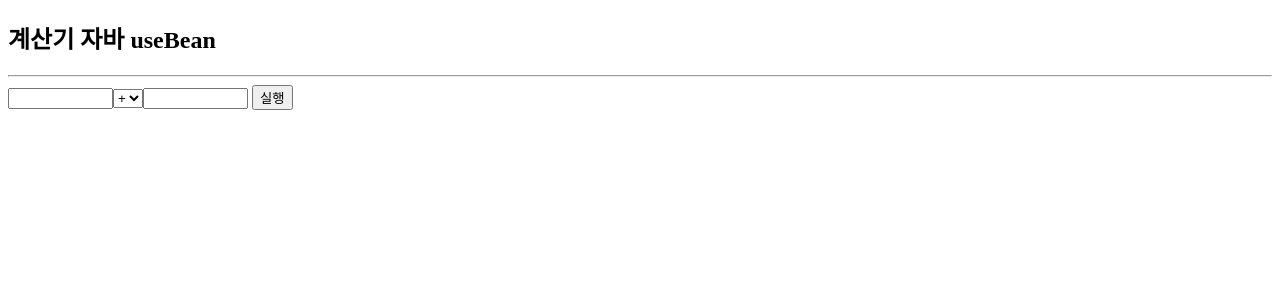
Repository: Hwater00/JSP-practice
Page: javaWorkspace/calculator/src/main/webapp/ch08/calForm.html
These files come from the project's save history. The page is drawn as it stood at one moment and after the next save; the edit follows.
The browser window is 1280 px wide. The pictures show the whole page.

Above is the page before, as saved 2023-07-31 03:25:27.

After the next save:
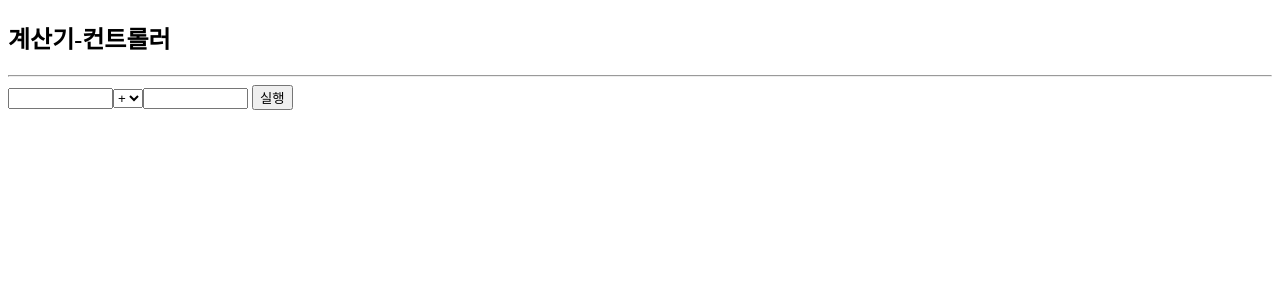
Saved 2 h 58 min later.
--- a/javaWorkspace/calculator/src/main/webapp/ch08/calForm.html
+++ b/javaWorkspace/calculator/src/main/webapp/ch08/calForm.html
@@ -2,12 +2,12 @@
 <html>
 <head>
 <meta charset="UTF-8">
-<title>자바 빈</title>
+<title>자바 컨트롤러</title>
 </head>
 <body>
-<h2>계산기 자바 useBean</h2>
+<h2>계산기-컨트롤러</h2>
 <hr>
-<form method="post" action="/calculator/calc">
+<form method="post" action="/calculator/calcControl">
 	<input type="text" name="n1" size="10"><select name="op">
 		<option>+</option>
 		<option>-</option>
